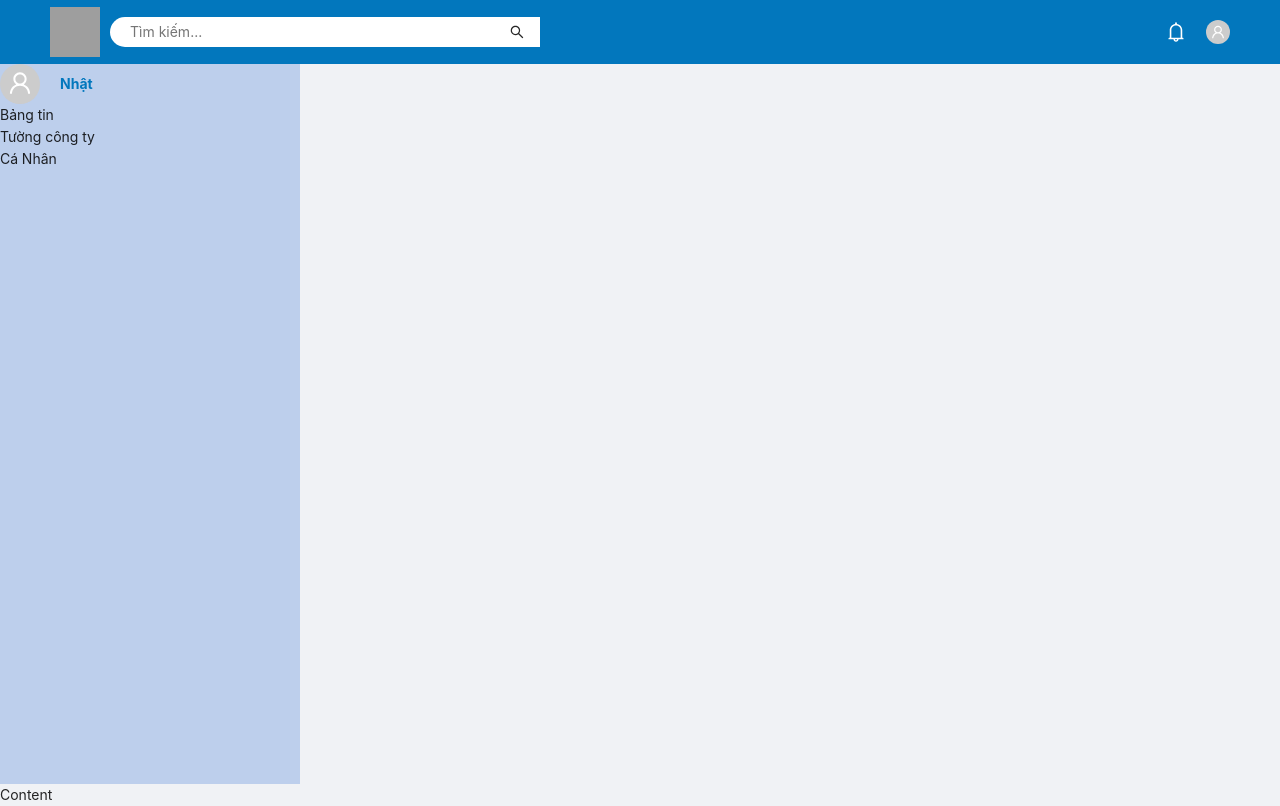
Repository: baonhat27/SocialNetwork_FE
Page: /home
An editor plug-in stored every save of this project. The page is shown before and after the next save, followed by the edit.
The browser window is 1280 px wide. The pictures show the whole page.
Pictures or frames that could not be fetched are drawn as grey boxes. The project was rebuilt for these pictures with package versions that can differ from the ones it lists, and the page was loaded fresh each time. Also part of the build but not shown: src/containers/home/component/HomeComponent.module.css, src/containers/loginPage/component/LoginPageComponent.module.css, src/components/Input/Input.module.css, src/components/Input/Input.js, src/components/Button/Button.module.css, src/components/Button/Button.js, src/containers/loginPage/component/LoginPageComponent.js, src/containers/loginPage/LoginPageContainer.js.

Above is the page before, as saved 2022-03-09 21:53:24.

After the next save:
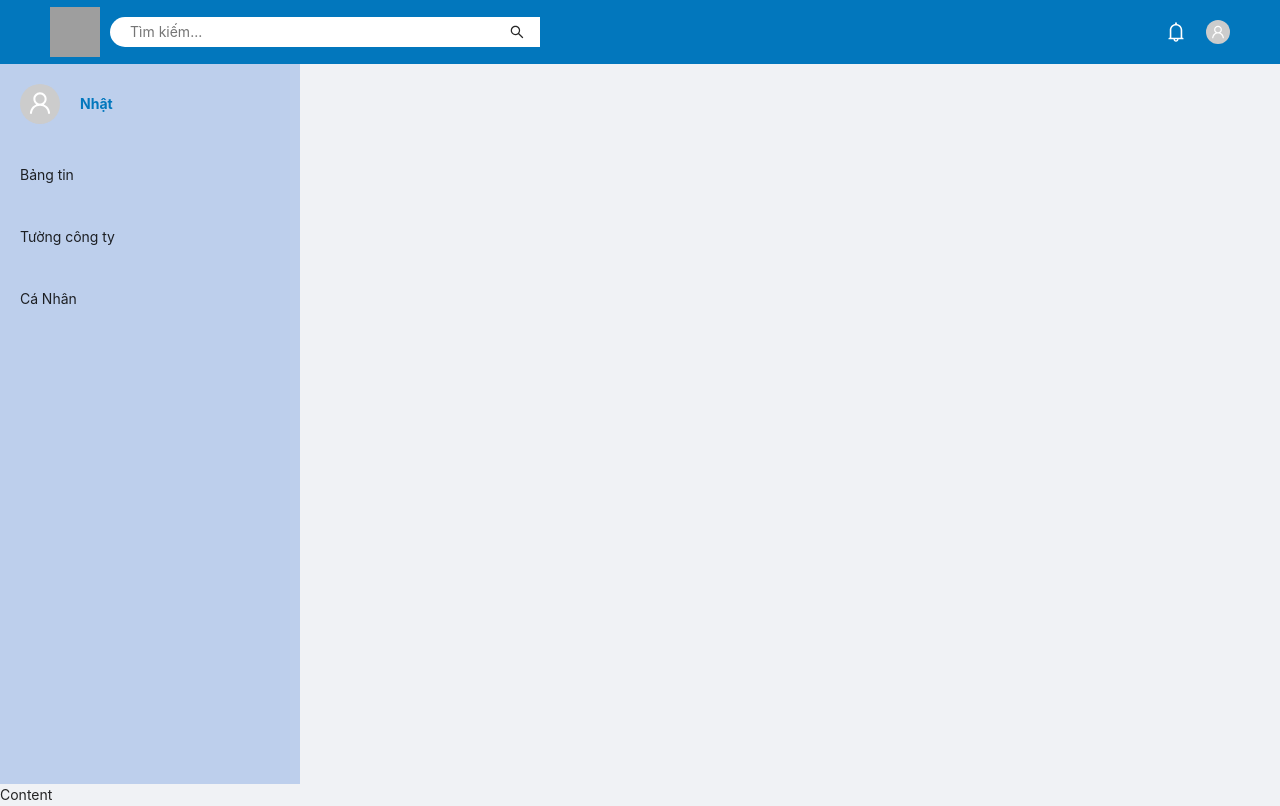
Saved 18 s later.
--- a/src/containers/sider/component/Sider.module.css
+++ b/src/containers/sider/component/Sider.module.css
@@ -5,6 +5,9 @@
     width: 300px;
     display: flex;
     flex-direction: column;
+}
+.sider_item{
+    margin: 20px;
 }
 .user_info{
     display: flex;
